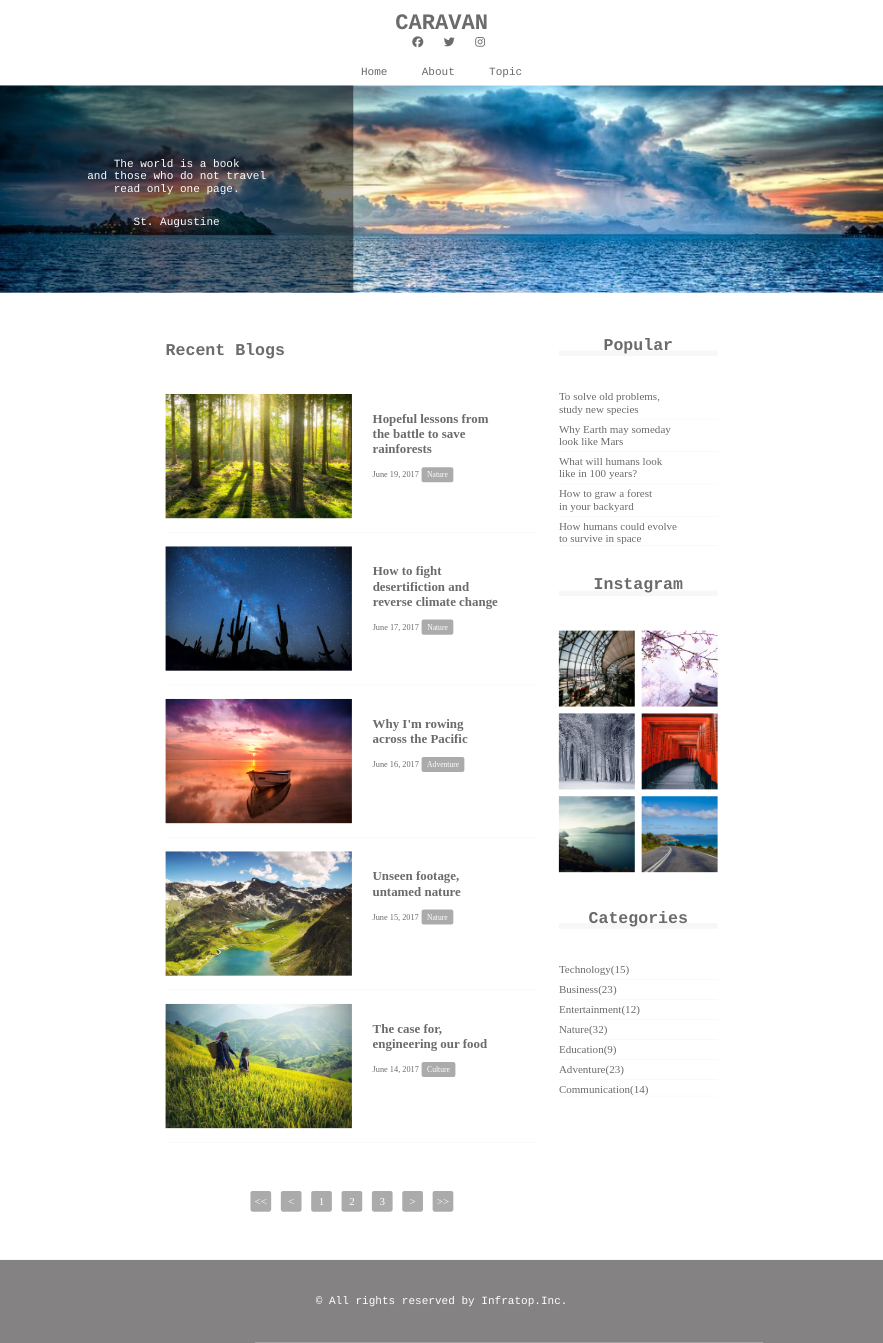
Repository: Yuya0829/HTML
Page: caravan/caravan3/index.html
The author's editor kept a record of every edit. The page is drawn from the files as they stood at one moment, then again after the next edit.
The browser window is 1280 px wide. The pictures show the whole page, at 69% of full size.
Some web libraries are served in a nearby version.

Above is the page before.

### caravan/caravan3/index.html
<!DOCTYPE html>
<html lang="ja">
  <head>
    <meta charset="UTF-8" />
    <script src="https://kit.fontawesome.com/7b4ea790f6.js" crossorigin="anonymous"></script>
    <link rel="stylesheet" href="style.css" />
    <title>CARAVAN</title>
  </head>

  <body>
    <!-- header -->
    <header>
      <h1 class="heading">
        <a href="index.html">
          CARAVAN
        </a>
      </h1>
      <div class="social">
        <i class="fa-brands fa-facebook"></i>
        <i class="fa-brands fa-twitter"></i>
        <i class="fa-brands fa-instagram"></i>
      </div>
    </header>

    <!-- navigation -->
    <nav>
      <ul class="nav-list">
        <li class="nav-list-item">
          <a href="index.html">Home</a>
        </li>
        <li class="nav-list-item">About</li>
        <li class="nav-list-item">Topic</li>
      </ul>
    </nav>

    <!-- main-visual -->
    <div class="main-visual">
      <div class="main-visual-content">
        <p class="main-visual-text">
          The world is a book<br />
          and those who do not travel<br />
          read only one page.
        </p>
        <p class="main-visual-name">
          St. Augustine
        </p>
      </div>
    </div>

    <!-- main -->
    <main>
      <section class="blog">
        <h2 class="blog-heading">Recent Blogs</h2>
        <div class="blog-box">
          <div class="blog-item">
            <img class="blog-image" src="img/forest.jpg" />
            <section class="blog-text">
              <h3 class="blog-text-heading">
               <a href="single.html">
                Hopeful lessons from<br>
                the battle to save<br>
                rainforests
              </a>
            </h3>
            <p class="blog-date">June 19, 2017</p>
            <span class="category">Nature</span>
          </section>
        </div>
          <div class="blog-item">
            <img class="blog-image" src="img/desert.jpg" />
            <section class="blog-text">
              <h3 class="blog-text-heading">
               <a href="single.html">
                How to fight<br />
                desertifiction and<br />
                reverse climate change
              </a>
            </h3>
            <p class="blog-date">June 17, 2017</p>
            <span class="category">Nature</span>
          </section>
        </div>
        <div class="blog-item">
            <img class="blog-image" src="img/sunset.jpg" />
            <section class="blog-text">
              <h3 class="blog-text-heading">
               <a href="single.html">
                Why I'm rowing<br />
                across the Pacific
              </a>
            </h3>
            <p class="blog-date">June 16, 2017</p>
            <span class="category">Adventure</span>
          </section>
        </div>
        <div class="blog-item">
            <img class="blog-image" src="img/italy.jpg" />
            <section class="blog-text">
              <h3 class="blog-text-heading">
               <a href="single.html">
                Unseen footage,<br />
                untamed nature
              </a>
            </h3>
            <p class="blog-date">June 15, 2017</p>
            <span class="category">Nature</span>
          </section>
        </div>
        <div class="blog-item">
            <img class="blog-image" src="img/asia.jpg" />
            <section class="blog-text">
              <h3 class="blog-text-heading">
               <a href="single.html">
                The case for,<br />
                engineering our food
              </a>
            </h3>
            <p class="blog-date">June 14, 2017</p>
            <span class="category">Culture</span>
          </section>
        </div>
      </div>
      <div class="pagination">
        <p><<</p>
        <p><</p>
        <p>1</p>
        <p>2</p>
        <p>3</p>
        <p>></p>
        <p>>></p>
      </div>
      </section>

      <div class="sidebar">
        <section class="popular">
          <h2 class="popular-heading common-heading">Popular</h2>
          <div class="sidebar-contents">
            <p class="popular-text">To solve old problems,<br>study new species</p>
            <p class="popular-text">Why Earth may someday<br>look like Mars</p>
            <p class="popular-text">What will humans look<br>like in 100 years?</p>
            <p class="popular-text">How to graw a forest<br>in your backyard</p>
            <p class="popular-text">How humans could evolve<br>to survive in space</p>
          </div>
        </section>
        <section class="instagram">
          <h2 class="instagram-heading common-heading">Instagram</h2>
          <div class="sidebar-contents">
            <div class="instagram-box"></div>
            <div class="instagram-box"></div>
            <div class="instagram-box"></div>
            <div class="instagram-box"></div>
            <div class="instagram-box"></div>
            <div class="instagram-box"></div>
          </div>
        </section>
        <section class="categorise">
          <h2 class="categorise-heading common-heading">Categories</h2>
          <div class="sidebar-contents">
            <p class="categorise-text">Technology(15)</p>
            <p class="categorise-text">Business(23)</p>
            <p class="categorise-text">Entertainment(12)</p>
            <p class="categorise-text">Nature(32)</p>
            <p class="categorise-text">Education(9)</p>
            <p class="categorise-text">Adventure(23)</p>
            <p class="categorise-text">Communication(14)</p>
          </div>
        </section>
      </div>
    </main>

    <!-- footer -->
    <footer>
      <p class="footer-text">© All rights reserved by Infratop.Inc.</p>
    </footer>

  </body>
</html

### caravan/caravan3/style.css
* {
  margin: 0;
  padding: 0;
  box-sizing: border-box;
  color: #6c6b6b;
}

a {
  text-decoration: none;
}

header, nav, h2, .main-visual, footer {
  font-family: Chalkduster, "Bradley Hand",Courier,"Segoe Print", sans-serif;
}
header {
  width: 90%;
  padding: 15px 0;
  margin: 0 auto;
  text-align: center
}

.social i {
  display: inline-block;
  margin-left: 20px;
  position:;
  top: 22px;
  right;22px;
}

header .heading {
  font-size: 32px;
}

.nav-list {
  text-align: center;
  padding: 10px 0;
  margin: 0 auto;
}

.nav-list-item {
  list-style: none;
  display: inline-block;
  margin: 0 20px;
}

.main-visual {
  width: 100%;
  height: 300px;
  background-image: url(img/mv.jpg);
  background-size: cover;
  background-position: center;
}

.main-visual-content {
  width: 40%;
  height: 300px;
  background-color: rgba(0,0,0,0.5);
  text-align: center;
  padding-top: 105px;
}

.main-visual-text {
  color: #fff;
}

.main-visual-name {
  margin-top: 30px;
  color: #fff;
}
main {
  width: 800px;
  display: flex;
  justify-content: center;
  margin: 0 auto;
  padding: 70px 0;
}

.blog {
  width: 540px;
  margin-right: 30px;
}

.blog-heeading {
  border-bottom: 8px solid #f7f7f7;
  text-align: center;
  line-height: 0.6;
}

.blog-box {
  padding-top: 50px;
}


.blog-item {
  padding-bottom: 20px;
  margin-bottom: 20px;
  border-bottom: 1px solid #f7f7f7;
  display: flex;
  justify-content: flex-start;
}

.blog-image {
  height: 180px;
}

.blog-text {
  padding: 25px 0 0 30px;
}

.blog-text-heading {
  padding-bottom: 15px;
}

.blog-date {
  font-size: 12px;
  display: inline-block;
}

.category {
  display: inline-block;
  padding: 5px 8px;
  background-color: #acabab;
  border-radius: 3px;
  color: #fff;
  font-size: 11px;
}

.pagination {
  text-align: center;
  padding-top: 50px;
}

.pagination p {
  display: inline-block;
  width: 30px;
  height: 30px;
  margin: 0 5px;
  color: #fff;
  background-color: #acabab;
  border-radius: 3px;
  line-height: 30px;
}

.sidebar {
  width: 230px;
}

.common-heading {
  border-bottom: 8px solid #f7f7f7;
  text-align: center;
  line-height: 0.6;
}

.sidebar-contents {
  padding: 50px 0;
}

.popular-text,
.categorise-text {
  padding-bottom: 5px;
  border-bottom: 1px solid #f7f7f7;
  margin-bottom: 5px;
}

.popular-text:last-child,
.categorise-text:last-child {
  margin: 0;
  padding: 0;
  border; none;
}

.instagram .sidebar-contents {
  display: flex;
  flex-wrap: wrap;
}

.instagram-box {
  width: 110px;
  padding-top: 110px;
  background-size: cover;
  background-position: center;
  margin-bottom: 10px;
}

.instagram-box:nth-child(odd) {
  margin-right: 10px;
}

.instagram-box:nth-child(1) {
  background-image: url(img/airport.jpg);
}

.instagram-box:nth-child(2) {
  background-image: url(img/japan.jpg);
}

.instagram-box:nth-child(3) {
  background-image: url(img/snow.jpg);
}

.instagram-box:nth-child(4) {
  background-image: url(img/japan2.jpg);
}

.instagram-box:nth-child(5) {
  background-image: url(img/lake.jpg);
}

.instagram-box:nth-child(6) {
  background-image: url(img/road.jpg);
}

footer {
  width: 100%;
  height: 120px;
  text-align: center;
  line-height: 120px;
  background-color: #848282;
}

.footer-text {
  color: #fff;
}

After the next edit:
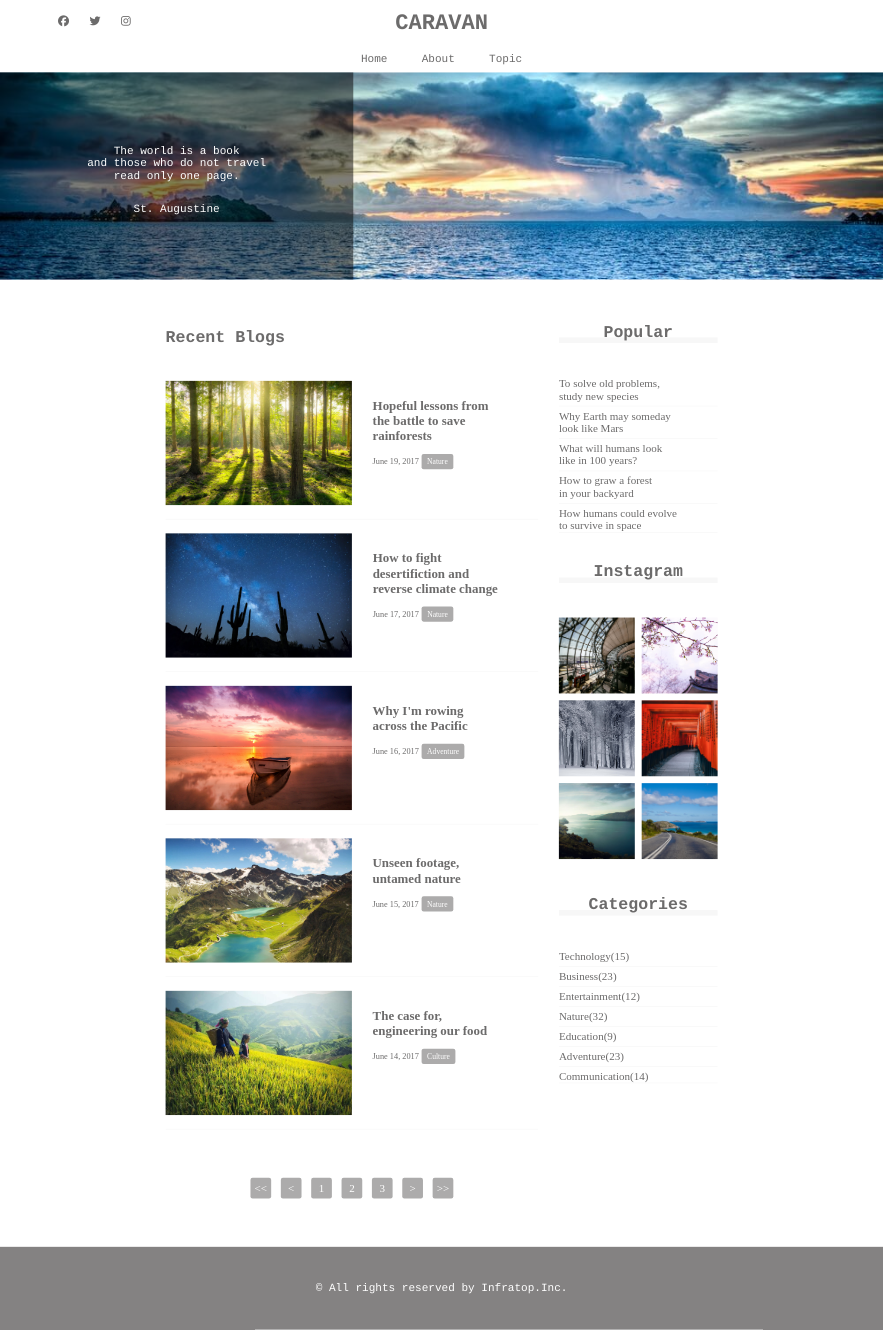
The edit:
--- a/caravan/caravan3/style.css
+++ b/caravan/caravan3/style.css
@@ -22,7 +22,10 @@
 .social i {
   display: inline-block;
   margin-left: 20px;
-  position:;
+}
+
+.social {
+  position:absolute;
   top: 22px;
   right;22px;
 }
